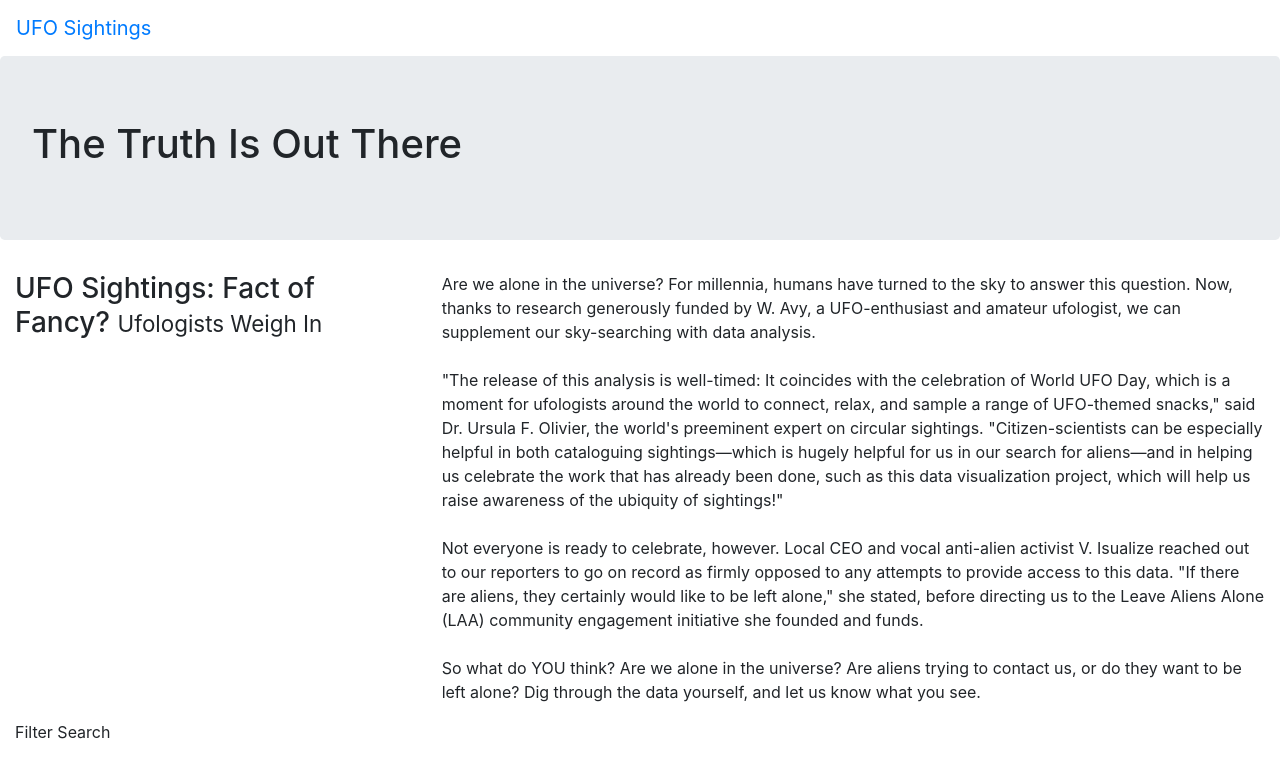
Repository: PaddyHQ/UFOs
Page: index.html
These files come from the project's save history. The page is drawn as it stood at one moment and after the next save; the edit follows.
The browser window is 1280 px wide. The pictures show the whole page.

Above is the page before, as saved 2022-02-02 21:23:51.

### index.html
<!DOCTYPE html>
<html lang="en">
<head>

    <meta charset="UTF-8">
    <meta http-equiv="X-UA-Compatible" content="IE=edge">
    <meta name="viewport" content="width=device-width, initial-scale=1.0">
    <title>Document</title>
    <link
      rel="stylesheet"
      href="https://maxcdn.bootstrapcdn.com/bootstrap/4.0.0/css/bootstrap.min.css"
      integrity="sha384-Gn5384xqQ1aoWXA+058RXPxPg6fy4IWvTNh0E263XmFcJlSAwiGgFAW/dAiS6JXm"
      crossorigin="anonymous"
    />
    <link rel="stylesheet" href="static/css/style.css">
</head>
<body>
    <div class="wrapper">
        <nav class="navbar navbar-expand-lg">
            <a class="navbar-brand" href="index.html">UFO Sightings</a>
        </nav>
    </div>
    <div class="jumbotron">
        <h1>The Truth Is Out There</h1>
      </div>
      <div class="container-fluid">
        <div class="row">
          <div class="col-md-4">
            <h3>UFO Sightings: Fact of Fancy? <small>Ufologists Weigh In</small></h3>
          </div>
          <div class="col-md-8">
            <p>
              Are we alone in the universe? For millennia, humans have turned to the sky to answer this question. Now, thanks to research generously funded by W. Avy, a UFO-enthusiast and amateur ufologist, we can supplement our sky-searching with data analysis.<br><br>"The release of this analysis is well-timed: It coincides with the celebration of World UFO Day, which is a moment for ufologists around the world to connect, relax, and sample a range of UFO-themed snacks," said Dr. Ursula F. Olivier, the world's preeminent expert on circular sightings. "Citizen-scientists can be especially helpful in both cataloguing sightings—which is hugely helpful for us in our search for aliens—and in helping us celebrate the work that has already been done, such as this data visualization project, which will help us raise awareness of the ubiquity of sightings!"<br><br>Not everyone is ready to celebrate, however. Local CEO and vocal anti-alien activist V. Isualize reached out to our reporters to go on record as firmly opposed to any attempts to provide access to this data. "If there are aliens, they certainly would like to be left alone," she stated, before directing us to the Leave Aliens Alone (LAA) community engagement initiative she founded and funds.<br><br>So what do YOU think? Are we alone in the universe? Are aliens trying to contact us, or do they want to be left alone? Dig through the data yourself, and let us know what you see.
            </p>
          </div>
        </div>
      </div>
      <div class="container-fluid">
        <div class="row">
          <div class="col-md-3">
            <form>
                <p>Filter Search</p>
              </form>
          </div>
          <div class="col-md-9">

          </div>
        </div>
      </div>
    <ul class="list-group">

    </ul>
</body>
</html>

Loaded but not shown: static/css/style.css (no copy from this time; the picture is the same without it)

After the next save:
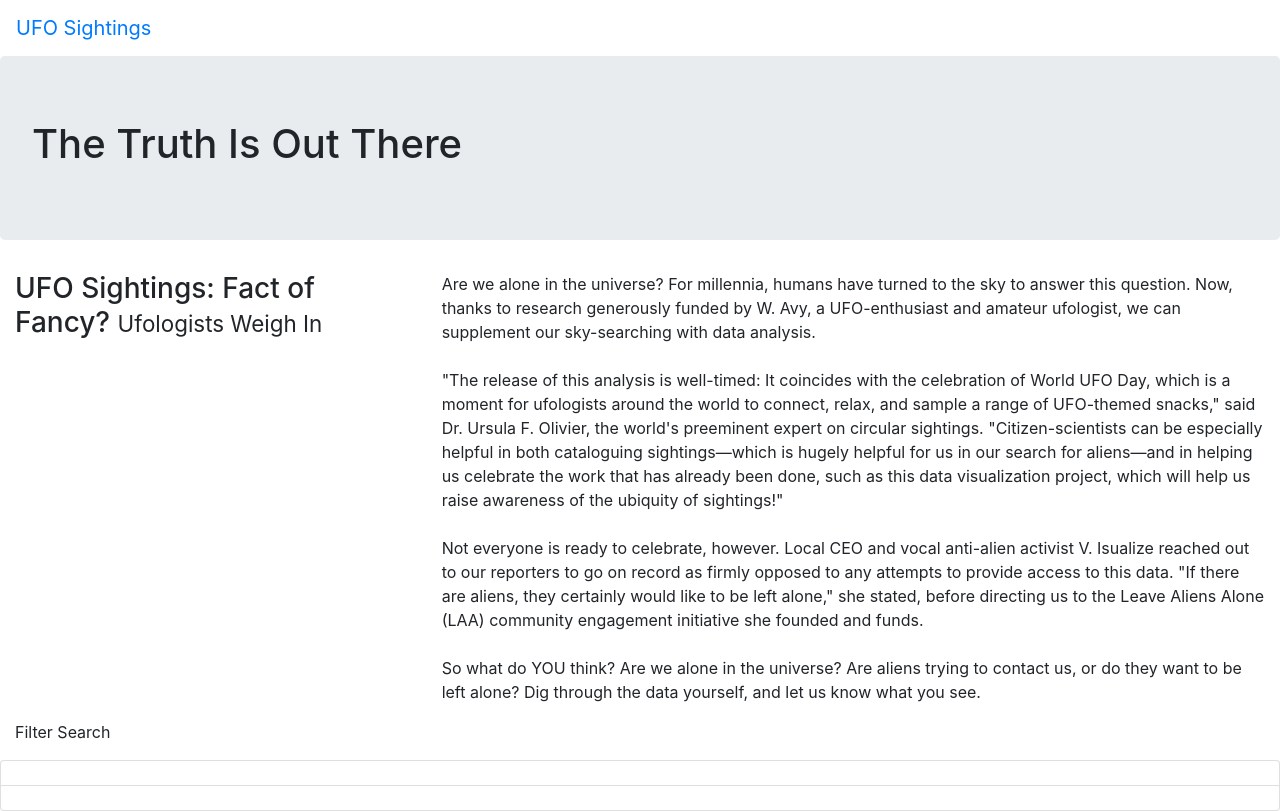
Saved 9 s later.
--- a/index.html
+++ b/index.html
@@ -48,7 +48,12 @@
         </div>
       </div>
     <ul class="list-group">
+        <li class="list-group-item">
 
+        </li>
+        <li class="list-group-item">
+
+        </li>
     </ul>
 </body>
 </html>
